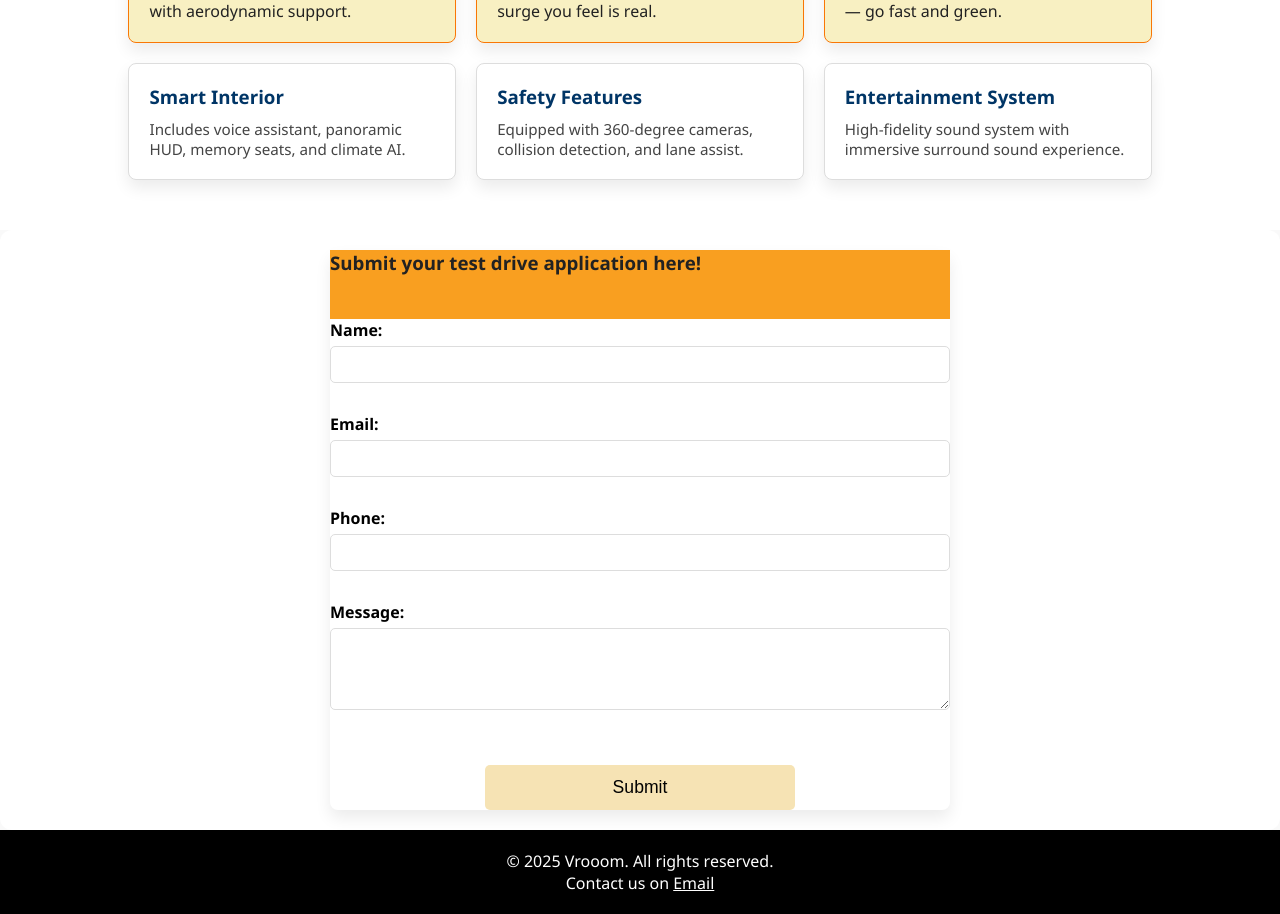
Repository: JiaheSu22/vrooom-responsive-main
Page: index.html
An editor plug-in stored every save of this project. The page is shown before and after the next save, followed by the edit.
The browser window is 1280 px wide. The pictures show the part of the page from y = 838 to 1790 px (the page is 1752 px tall before and 1892 px after).
A picture or video elsewhere on the page could not be fetched, so the positions and the page height are approximate.

Above is the page before, as saved 2025-04-11 15:59:07.

### index.html
<!DOCTYPE html>
<html lang="en">

<head>
  <meta charset="UTF-8">
  <title>Vrooom — Barracuda X10</title>
  <style>
    * {
      box-sizing: border-box;
      margin: 0;
      padding: 0;
    }

    body {
      font-family: 'Segoe UI', sans-serif;
      background-color: #f9f9f9;
      color: #222;
    }

    /* HERO SECTION */
    .hero {
      position: relative;
      height: 100vh;
      width: 100%;
      background-image: url('./assets/mercedes-vision-avtr.webp');
      background-repeat: no-repeat;
      background-size: cover;
      background-position: center;
      overflow: hidden;
    }

    /* Optional dark overlay for unifying text+video contrast */
    .hero::before {
      content: "";
      position: absolute;
      inset: 0;
      background: linear-gradient(to right, rgba(0, 0, 0, 0.7), rgba(0, 0, 0, 0.1));
      z-index: 0;
    }

    /* Logo - slightly rotated, floating */
    .hero-logo {
      position: absolute;
      left: 2px;
      width: 30%;
      transform: rotate(-8deg);
      z-index: 0;
    }

    .hero-logo img {
      width: 100%;
    }

    /* Rotated text box */
    .hero-text {
      position: absolute;
      bottom: 3%;
      left: 5%;
      background: rgba(255, 255, 255, 0.1);
      padding: 30px;
      border-left: 6px solid #f6e3b4;
      border-radius: 10px;
      backdrop-filter: blur(1px);
      z-index: 0;

    }

    .hero-text h1 {
      font-size: 3em;
      color: #a0fcf7;
      margin-bottom: 10px;
    }

    .hero-text p {
      font-size: 1.2em;
      color: #fff;
    }

    /* Tilted video box */
    .hero-video {
      position: absolute;
      top: auto;
      bottom: 20px;
      right: 20px;
      box-shadow: 0 10px 20px rgba(0, 0, 0, 0.6);
      z-index: 0;
      border-radius: 5px;
      overflow: hidden;
      transition: transform 0.3s ease;
    }

    .hero-video:hover {
      transform: scale(1.3);
    }

    .hero-video video {
      width: 100%;
      display: block;
      border-radius: 2px;
    }

    /* CARD SECTION */
    .card-section {
      display: flex;
      flex-wrap: wrap;
      justify-content: center;
      gap: 20px;
      padding: 50px 10%;
      background-color: #ffffff;
    }

    .top-card {
      background: rgb(248, 240, 194);
      border: 1px solid #f97705;
      border-radius: 8px;
      box-shadow: 0 8px 16px rgba(0, 0, 0, 0.08);
      padding: 20px;
      width: 32%;
      transition: transform 0.3s ease;
    }

    .card {
      background: white;
      border: 1px solid #ddd;
      border-radius: 8px;
      box-shadow: 0 8px 16px rgba(0, 0, 0, 0.08);
      width: 32%;
      padding: 20px;
      transition: transform 0.3s ease;
    }

    .top-card:hover {
      transform: translateY(10px);
      box-shadow: 0 12px 24px rgba(101, 247, 205, 0.1);
    }

    .card:hover {
      transform: translateY(-5px);
      box-shadow: 0 12px 24px rgba(0, 0, 0, 0.1);
    }

    .card h3 {
      margin-bottom: 10px;
      color: #003566;
    }

    .card p {
      font-size: 0.95em;
      color: #444;
    }

    .form-section {
      display: flex;
      flex-direction: column;
      background: #ffffff;
      border-radius: 12px;
      padding: 20px;
    }

    .form-header {
      background-color: #f99f20;
      padding: 0;
      width: 100%;
    }

    .form-section form {
      display: flex;
      flex-direction: column;
      border-radius: 8px;
      box-shadow: 0 8px 16px rgba(0, 0, 0, 0.08);
      width: 50%;
      margin: auto;
    }

    .form-section label {
      display: flex;
      font-weight: bold;
      margin-bottom: 5px;
      color: #000000;
    }

    .form-section input,
    textarea {
      width: 100%;
      padding: 10px;
      border: 1px solid #ddd;
      border-radius: 5px;
      margin-bottom: 15px;
    }

    .form-section .form {
      margin-bottom: 15px;
    }

    .form-section button {
      margin: auto;
      background: #f6e3b4;
      color: #000000;
      border: none;
      padding: 12px 25px;
      border-radius: 5px;
      cursor: pointer;
      font-size: 1.1em;
      width: 50%;
      margin-top: 20px;
      transition: background 0.3s ease;
    }

    .form-section button:hover {
      background: #f97705;
      color: #fff;
    }

    .footer {
      background: #000000;
      padding: 20px;
      text-align: center;
      color: #ffffff;
    }

    .footer a {
      color: #ffffff;
      transition: background 0.3s ease;
    }

    .footer a:hover {
      color: #f6e3b4;
    }

    /* Responsive Adjustments */
    @media (max-width: 768px) {
      .hero-text {
        position: static;
        margin: 20px auto;
        background: rgba(0, 0, 0, 0.7);
        text-align: center;
      }

      .hero-video {
        position: static;
        width: 90%;
        margin: 20px auto;
      }

      .card-section {

        align-items: center;
        padding: 30px 5%;
      }
    }
  </style>
</head>

<body>

  <!-- HERO SECTION -->
  <section class="hero">

    <!-- Logo -->
    <div class="hero-logo">
      <img src="assets/logo-enh.png" alt="Vrooom Logo">
    </div>

    <!-- Text -->
    <div class="hero-text">
      <h1>Mercedes Vision AVTR</h1>
      <p>A marriage between art and science.</p>
    </div>

    <!-- Video -->
    <div class="hero-video">
      <video autoplay loop muted>
        <source src="assets/avtr-demo.mp4" type="video/mp4">
        Your browser does not support the video tag.
      </video>
    </div>

  </section>

  <!-- CARD SECTION -->
  <section class="card-section">
    <div class="top-card">
      <h3>Top Speed</h3>
      <p>Reaches up to 220mph on open track with aerodynamic support.</p>
    </div>
    <div class="top-card">
      <h3>Acceleration</h3>
      <p>0 to 60mph in just 3.0 seconds. The surge you feel is real.</p>
    </div>
    <div class="top-card">
      <h3>Eco Mode</h3>
      <p>Fuel-efficient and clean in city mode — go fast and green.</p>
    </div>
    <div class="card">
      <h3>Smart Interior</h3>
      <p>Includes voice assistant, panoramic HUD, memory seats, and climate AI.</p>
    </div>
    <div class="card">
      <h3>Safety Features</h3>
      <p>Equipped with 360-degree cameras, collision detection, and lane assist.</p>
    </div>
    <div class="card">
      <h3>Entertainment System</h3>
      <p>High-fidelity sound system with immersive surround sound experience.</p>
    </div>
  </section>

  <section class="form-section">
    <form action="">
      <div class="form-header">
        <h3>Submit your test drive application here!</h3>
        <br><br>
      </div>
      <div class="form">
        <label for="name">Name:</label>
        <input type="text" id="name" name="name" required>
      </div>
      <div class="form">
        <label for="email">Email:</label>
        <input type="email" id="email" name="email" required>
      </div>
      <div class="form">
        <label for="phone">Phone:</label>
        <input type="tel" id="phone" name="phone" required>
      </div>
      <div class="form">
        <label for="message">Message:</label>
        <textarea id="message" name="message" rows="4" required></textarea>
      </div>
      <button type="submit">Submit</button>
    </form>
  </section>

  <section class="footer">
    <footer>
      <div class="footer-content">
        <p>&copy; 2025 Vrooom. All rights reserved.</p>
        <p>Contact us on <a href="mailto:contect@vroom.com">Email</a>
      </div>
    </footer>
  </section>
</body>

</html>

After the next save:
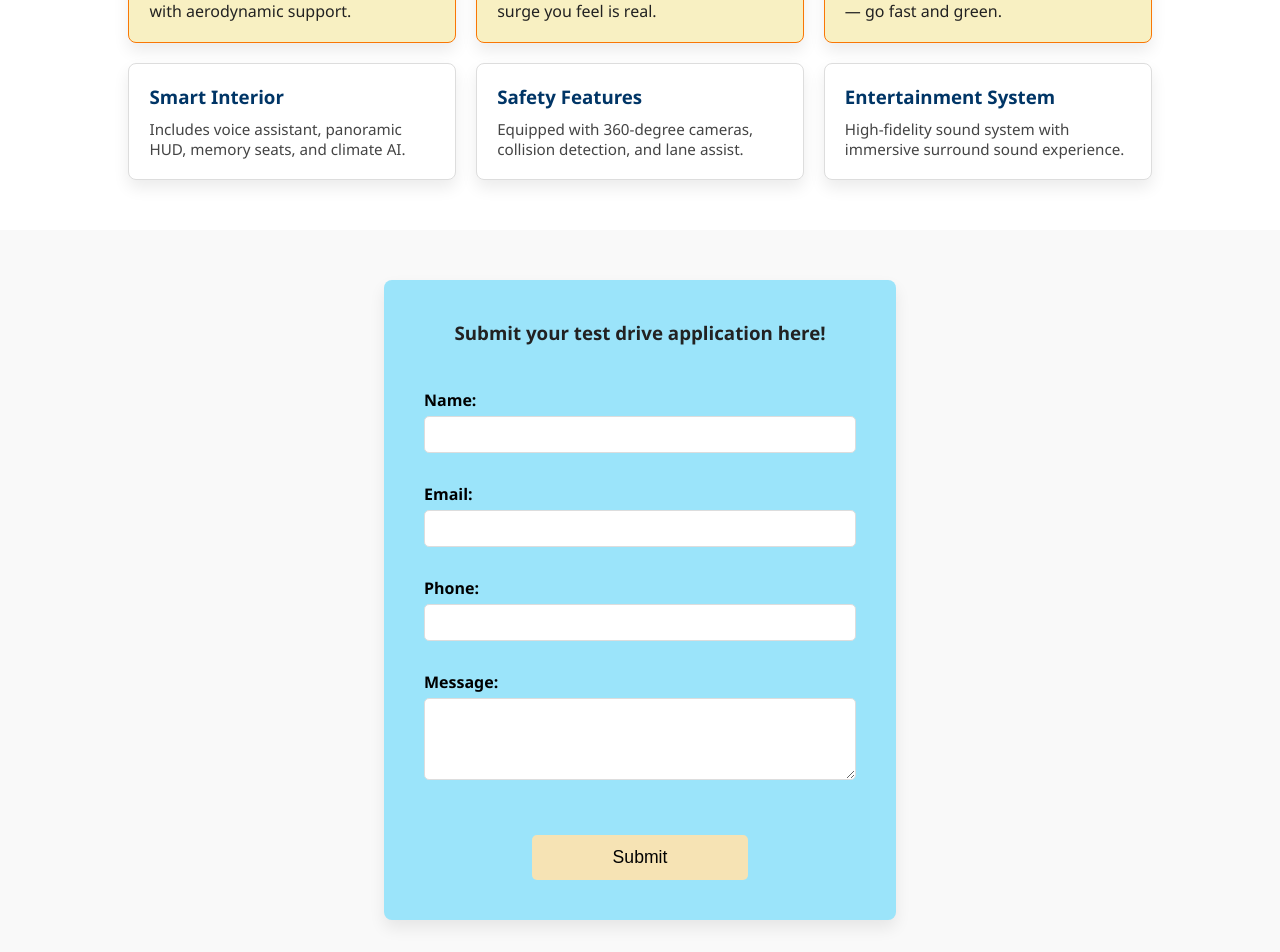
Saved 58 s later.
--- a/index.html
+++ b/index.html
@@ -22,7 +22,7 @@
       position: relative;
       height: 100vh;
       width: 100%;
-      background-image: url('./assets/mercedes-vision-avtr.webp');
+      background-image: url('assets/mercedes-vision-avtr.webp');
       background-repeat: no-repeat;
       background-size: cover;
       background-position: center;
@@ -152,23 +152,19 @@
     .form-section {
       display: flex;
       flex-direction: column;
-      background: #ffffff;
-      border-radius: 12px;
-      padding: 20px;
-    }
-
-    .form-header {
-      background-color: #f99f20;
-      padding: 0;
-      width: 100%;
+      background: #f9f9f9;
+      padding: 50px 10%;
+      text-align: center;
     }
 
     .form-section form {
       display: flex;
       flex-direction: column;
+      background: rgb(155, 228, 250);
       border-radius: 8px;
       box-shadow: 0 8px 16px rgba(0, 0, 0, 0.08);
       width: 50%;
+      padding: 40px;
       margin: auto;
     }
 
